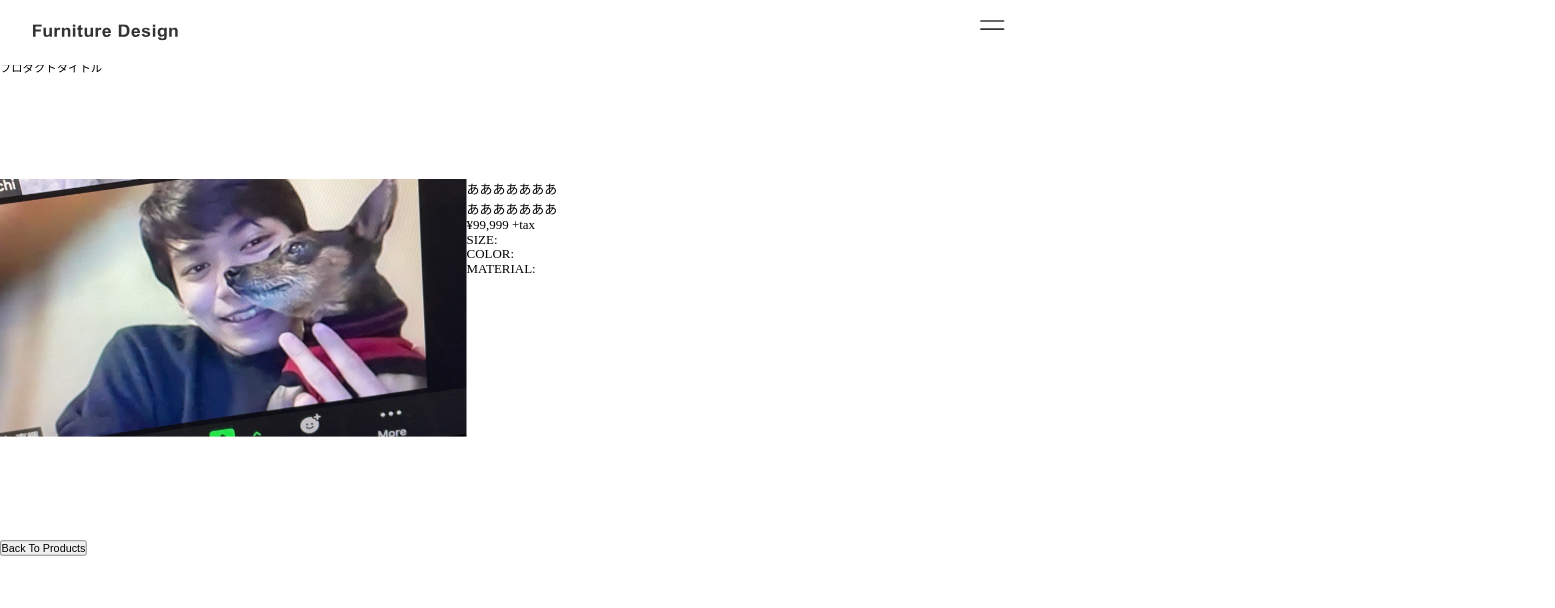
Repository: kohei23n/tenfeet
Page: menbers2/index.html
An editor plug-in stored every save of this project. The page is shown before and after the next save, followed by the edit.
The browser window is 1280 px wide. The page is 1920 px wide, so the pictures cover 1920 px, including what lies to the right of the window. The pictures show the whole page, at 81% of full size.

Above is the page before, as saved 2022-02-08 21:48:15.

After the next save:
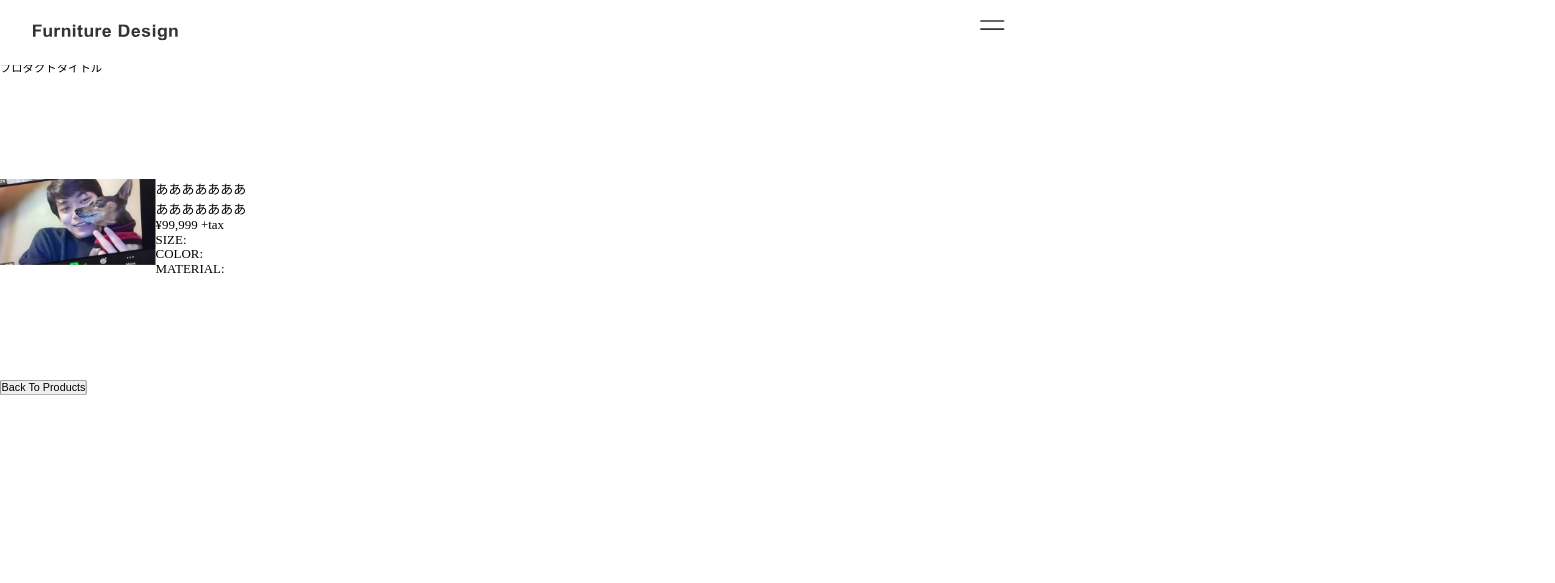
Saved 21 s later.
--- a/menbers2/menbers2.css
+++ b/menbers2/menbers2.css
@@ -109,7 +109,7 @@ img {
 }
 
 .member_img{
-    width: 30%;
+    width: 10%;
     height: 30%;
 }
 
